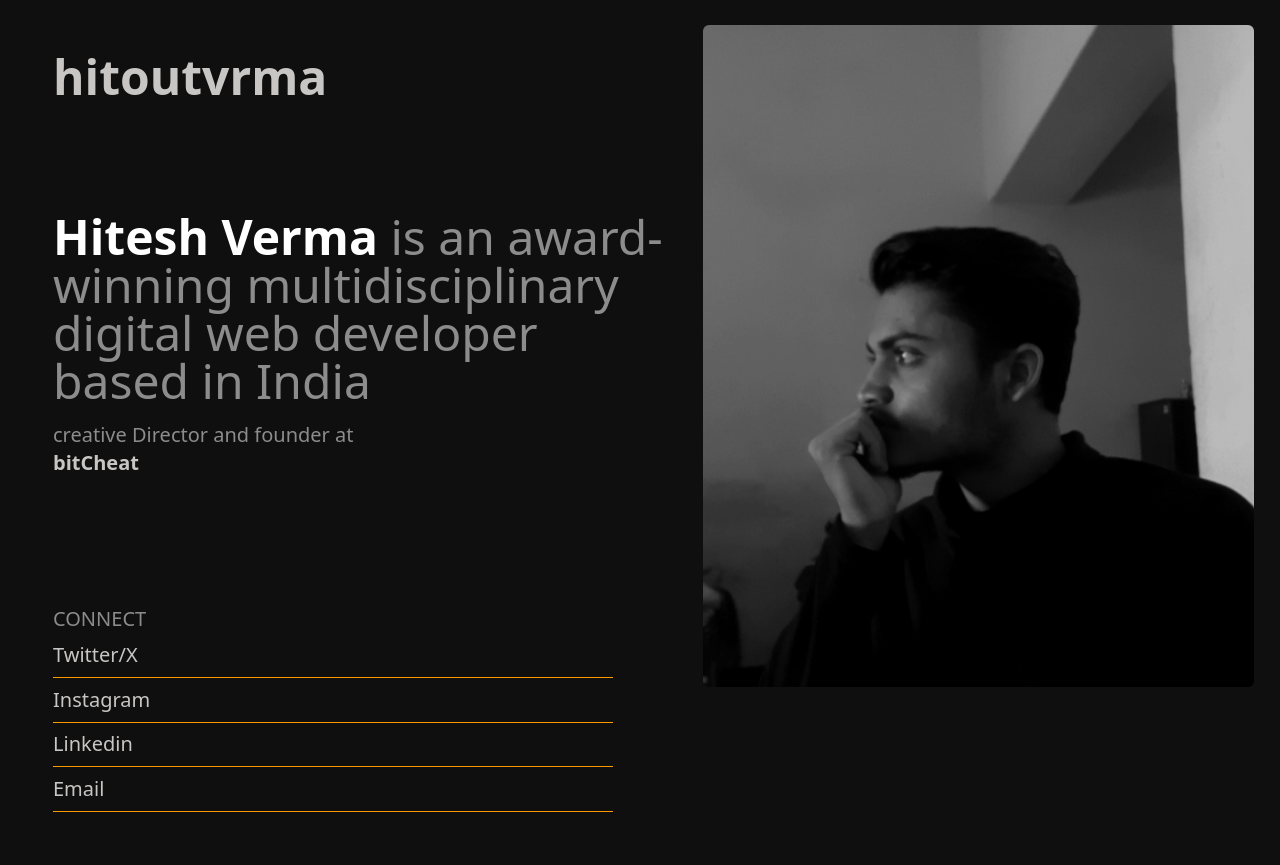
Repository: hitoutvrma/portfolio
Page: /
An editor plug-in stored every save of this project. The page is shown before and after the next save, followed by the edit.
The browser window is 1280 px wide. The pictures show the whole page.
The project was rebuilt for these pictures with package versions that can differ from the ones it lists, and the page was loaded fresh each time. Also part of the build but not shown: vite.config.js.

Above is the page before, as saved 2025-03-07 01:21:52.

After the next save:
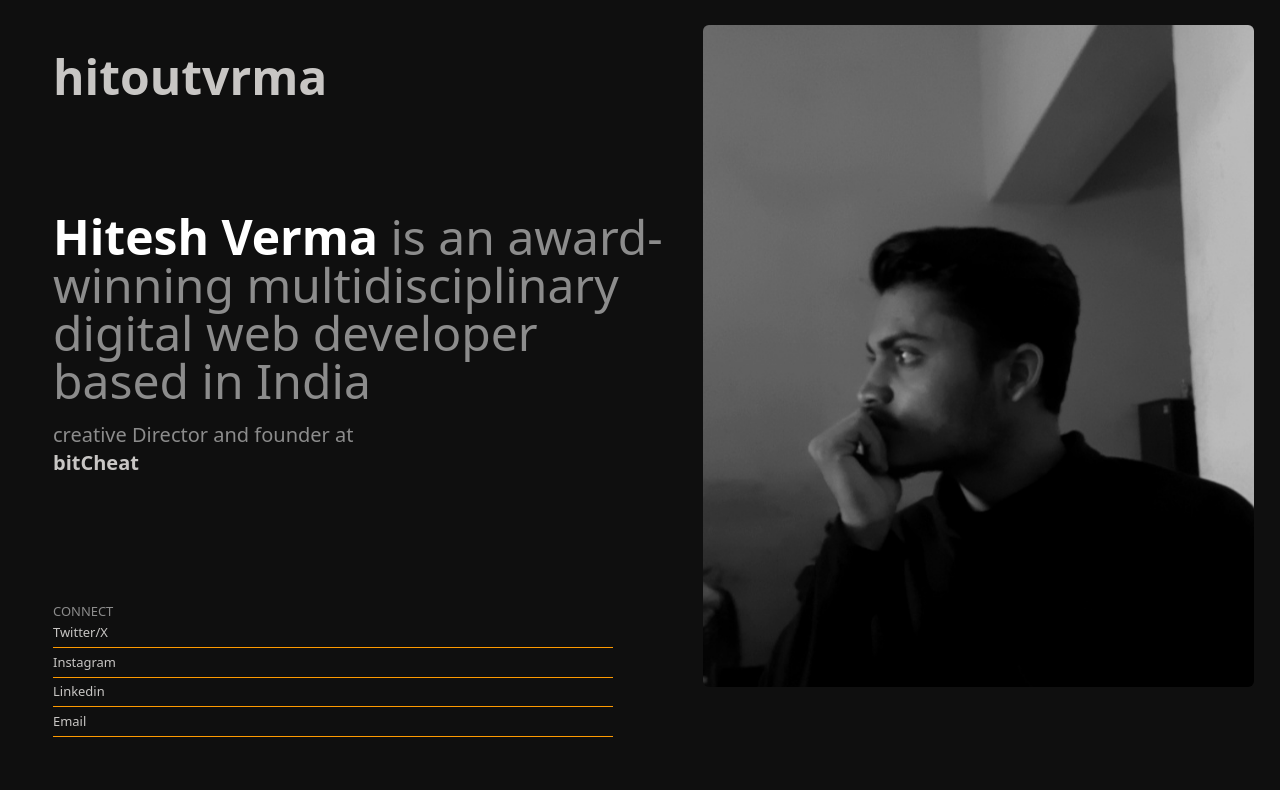
Saved 13 s later.
--- a/src/App.jsx
+++ b/src/App.jsx
@@ -12,7 +12,7 @@
           <p className='text-[#8c8c8c]'>creative Director and founder at </p>
           <p className='font-semibold'>bitCheat</p>
         </div>
-        <div className='flex sm:text-xl text-[1.8vh] sm:pt-32 pt-28 flex-col gap-2'>
+        <div className='flex sm:text-md text-[1.8vh] sm:pt-32 pt-28 flex-col gap-2'>
           <p className='text-[#8c8c8c]'>CONNECT</p>
           <div className='w-[90%] '>Twitter/X</div>
           <div className='w-[90%] h-[0.1vh] bg-amber-500'></div>

After the save that followed:
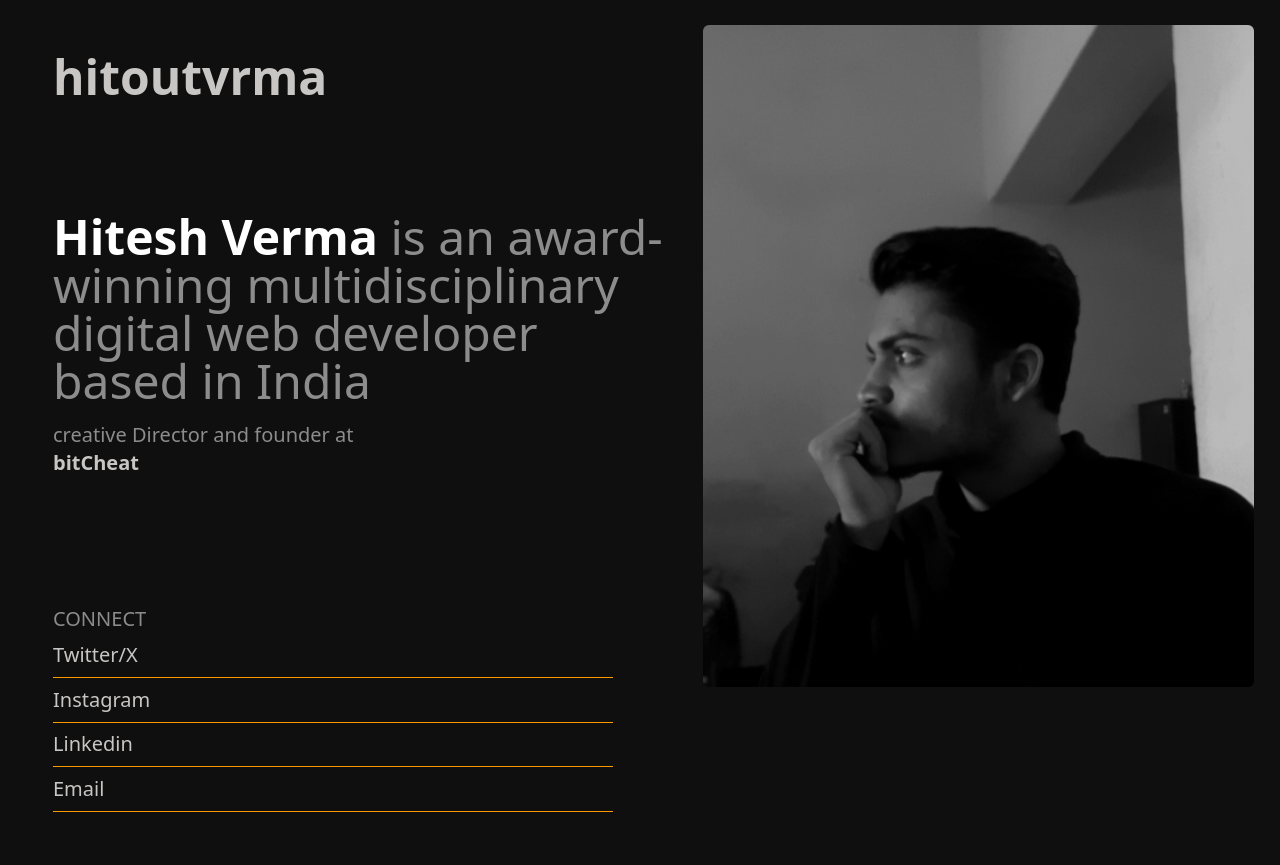
Saved 4 s later.
--- a/src/App.jsx
+++ b/src/App.jsx
@@ -12,7 +12,7 @@
           <p className='text-[#8c8c8c]'>creative Director and founder at </p>
           <p className='font-semibold'>bitCheat</p>
         </div>
-        <div className='flex sm:text-md text-[1.8vh] sm:pt-32 pt-28 flex-col gap-2'>
+        <div className='flex sm:text-xl text-[1.8vh] sm:pt-32 pt-28 flex-col gap-2'>
           <p className='text-[#8c8c8c]'>CONNECT</p>
           <div className='w-[90%] '>Twitter/X</div>
           <div className='w-[90%] h-[0.1vh] bg-amber-500'></div>
